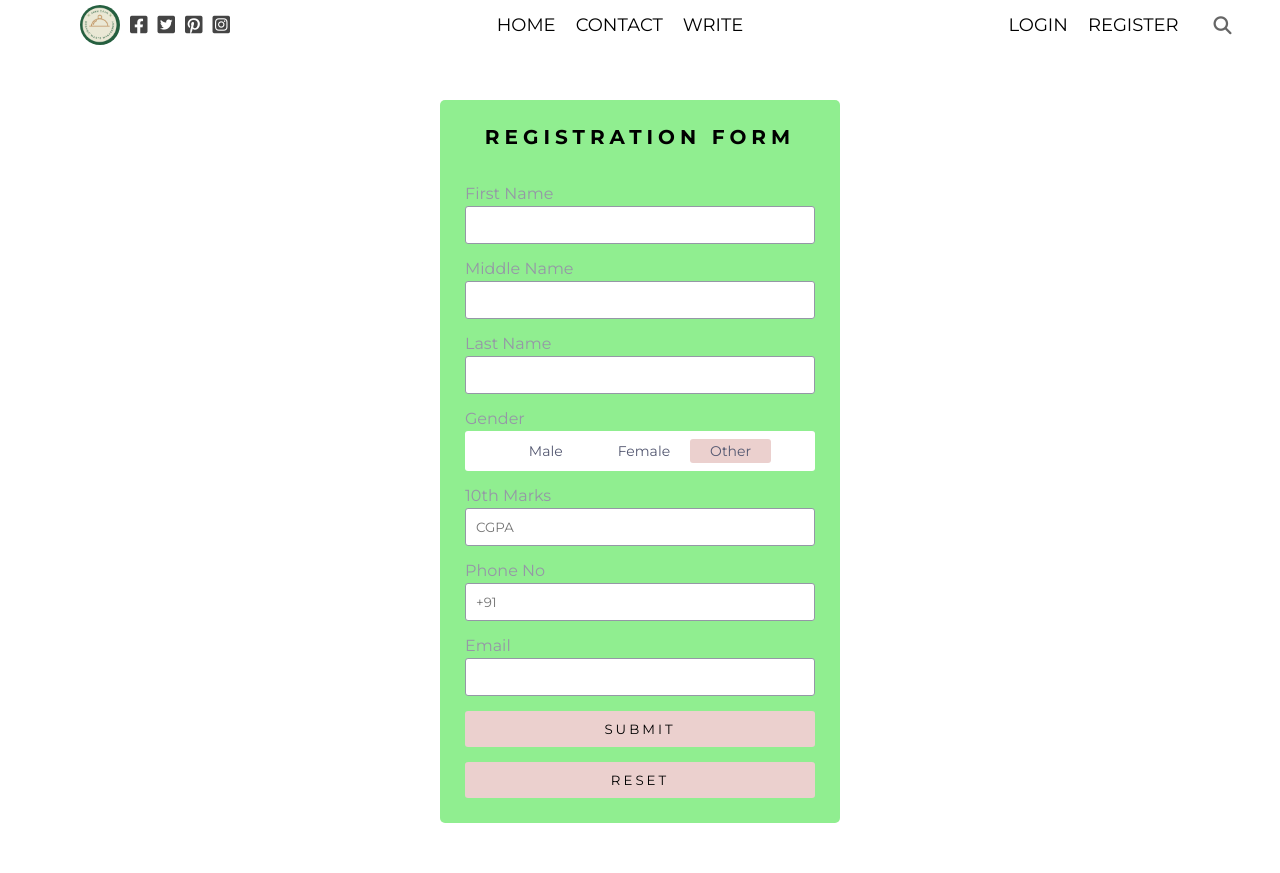
Repository: blsnabrhm/anna-daan
Page: /Contact (app in client/)
An editor plug-in stored every save of this project. The page is shown before and after the next save, followed by the edit.
The browser window is 1280 px wide. The pictures show the whole page.
Some web libraries are served in a nearby version. The project was rebuilt for these pictures with package versions that can differ from the ones it lists, and the page was loaded fresh each time. Also part of the build but not shown: client/src/components/header/header.css, client/src/components/header/Header.jsx, client/src/components/posts/posts.css, client/src/components/posts/Posts.jsx, client/src/components/sidebar/sidebar.css, client/src/components/sidebar/SideBar.jsx, client/src/pages/home/home.css, client/src/pages/home/Home.jsx and 13 more. Imported but missing from the stored project, and not drawn on this page: client/src/components/post/Post.

Above is the page before, as saved 2022-04-22 08:18:36.

After the next save:
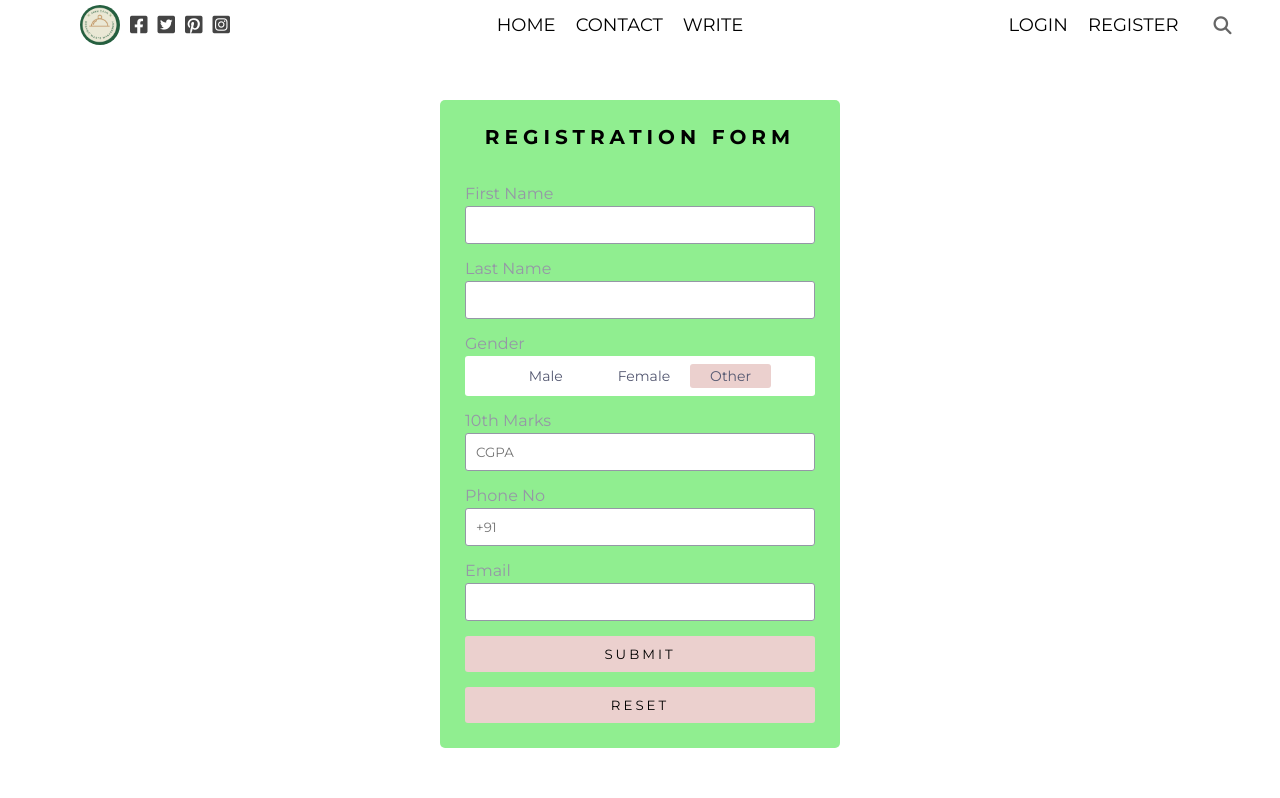
Saved 92 s later.
--- a/client/src/pages/contact/Contact.jsx
+++ b/client/src/pages/contact/Contact.jsx
@@ -12,10 +12,6 @@ export default function Contact() {
 			<div class="form_wrap">
         <div class="input_wrap">
 					<label for="fname">First Name</label>
-					<input type="text" id="email"/>
-				</div>
-        <div class="input_wrap">
-					<label for="mname">Middle Name</label>
 					<input type="text" id="email"/>
 				</div>
 				<div class="input_wrap">
